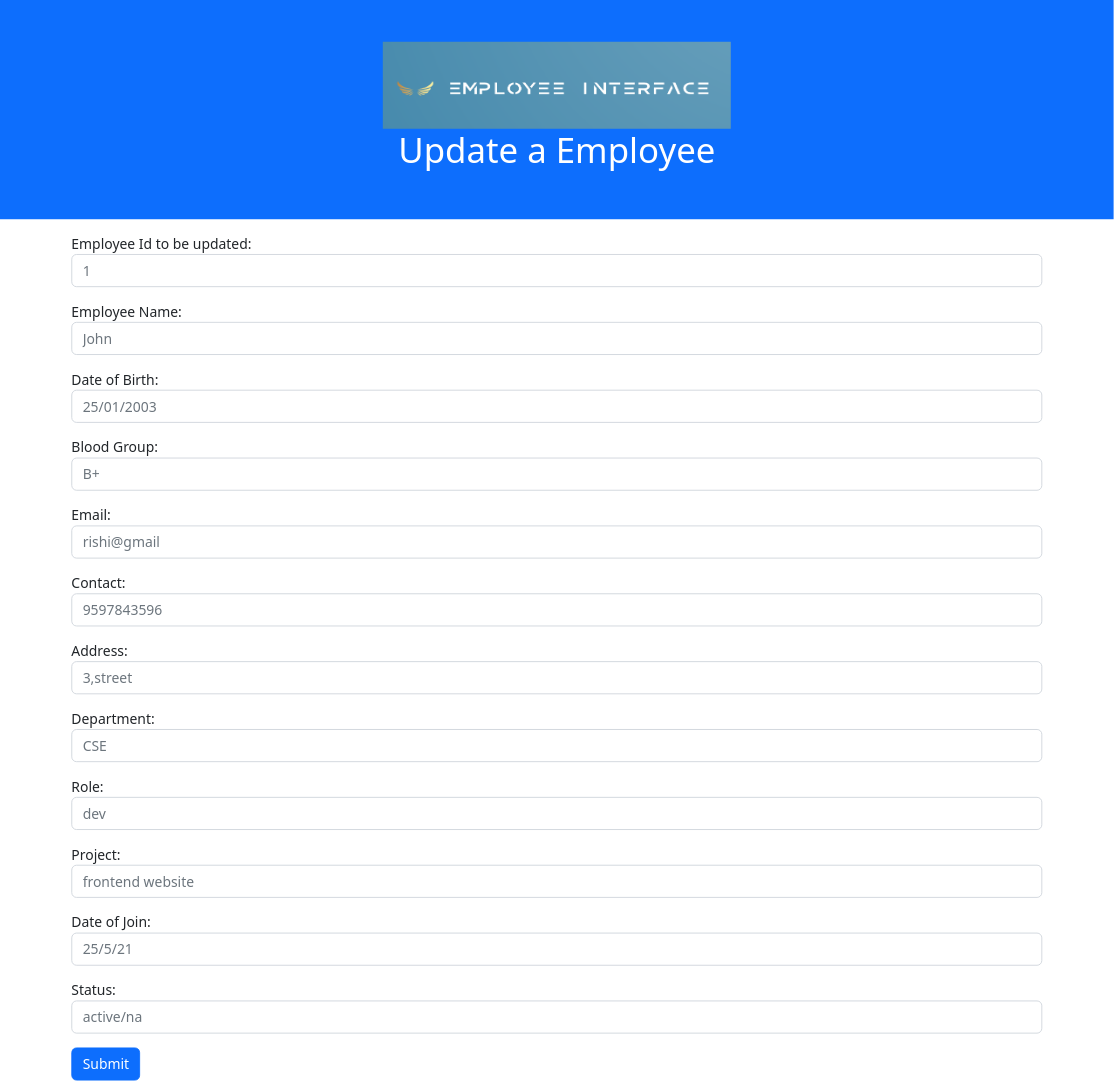
Repository: Rishicollinz/Java_Fullstack
Page: Eclipse 2/jspproject/src/main/webapp/update/update.html
An editor plug-in stored every save of this project. The page is shown before and after the next save, followed by the edit.
The browser window is 1280 px wide. The pictures show the whole page, at 87% of full size.

Above is the page before, as saved 2023-05-19 10:14:15.

### Eclipse 2/jspproject/src/main/webapp/update/update.html
<!DOCTYPE html>
<html>
<head>
<meta charset="UTF-8">
<title>Update Employees</title>

<link href="https://cdn.jsdelivr.net/npm/bootstrap@5.2.3/dist/css/bootstrap.min.css" rel="stylesheet">
<script src="https://cdn.jsdelivr.net/npm/bootstrap@5.2.3/dist/js/bootstrap.bundle.min.js"></script>

</head>
<body>

<div class="container-fluid p-5 bg-primary text-white text-center">
<a href="../index.html"><img src="../img\employeelogo.png" alt="Company logo" width="400" height="100"></a>
  <h1>Update a Employee</h1>
</div>

<div class="container mt-3">
  <form action="update.jsp" method="post">
	  <div class="mb-3 mt-3">
	      <label for="empId">Employee Id to be updated:</label>
	      <input type="number" class="form-control"  placeholder="1" name="empId" required>
	    </div>
    <div class="mb-3 mt-3">
      <label for="empName">Employee Name:</label>
      <input type="text" class="form-control"  placeholder="John" name="empName" required>
    </div>
    <div class="mb-3 mt-3">
      <label for="dob">Date of Birth:</label>
      <input type="text" class="form-control"  placeholder="25/01/2003" name="dob" required>
    </div>
    <div class="mb-3 mt-3">
      <label for="bloodgrp">Blood Group:</label>
      <input type="text" class="form-control"  placeholder="B+" name="bloodgrp" required>
    </div>
    <div class="mb-3 mt-3">
      <label for="email">Email:</label>
      <input type="text" class="form-control"  placeholder="rishi@gmail" name="email">
    </div>
    <div class="mb-3 mt-3">
      <label for="contact">Contact:</label>
      <input type="text" class="form-control"  placeholder="9597843596" name="contact">
    </div>
    <div class="mb-3 mt-3">
      <label for="address">Address:</label>
      <input type="text" class="form-control"  placeholder="3,street" name="address">
    </div>
    <div class="mb-3 mt-3">
      <label for="deptName">Department:</label>
      <input type="text" class="form-control"  placeholder="CSE" name="deptName">
    </div>
    <div class="mb-3 mt-3">
      <label for="role">Role:</label>
      <input type="text" class="form-control"  placeholder="dev" name="role">
    </div>
    <div class="mb-3 mt-3">
      <label for="proj">Project:</label>
      <input type="text" class="form-control"  placeholder="frontend website" name="proj">
    </div>
    <div class="mb-3 mt-3">
      <label for="doj">Date of Join:</label>
      <input type="text" class="form-control"  placeholder="25/5/21" name="doj">
    </div>
    <div class="mb-3 mt-3">
      <label for="status">Status:</label>
      <input type="text" class="form-control"  placeholder="active/na" name="status">
    </div>
    <button type="submit" class="btn btn-primary">Submit</button>
  </form>
</div>


</body>
</html>

After the next save:
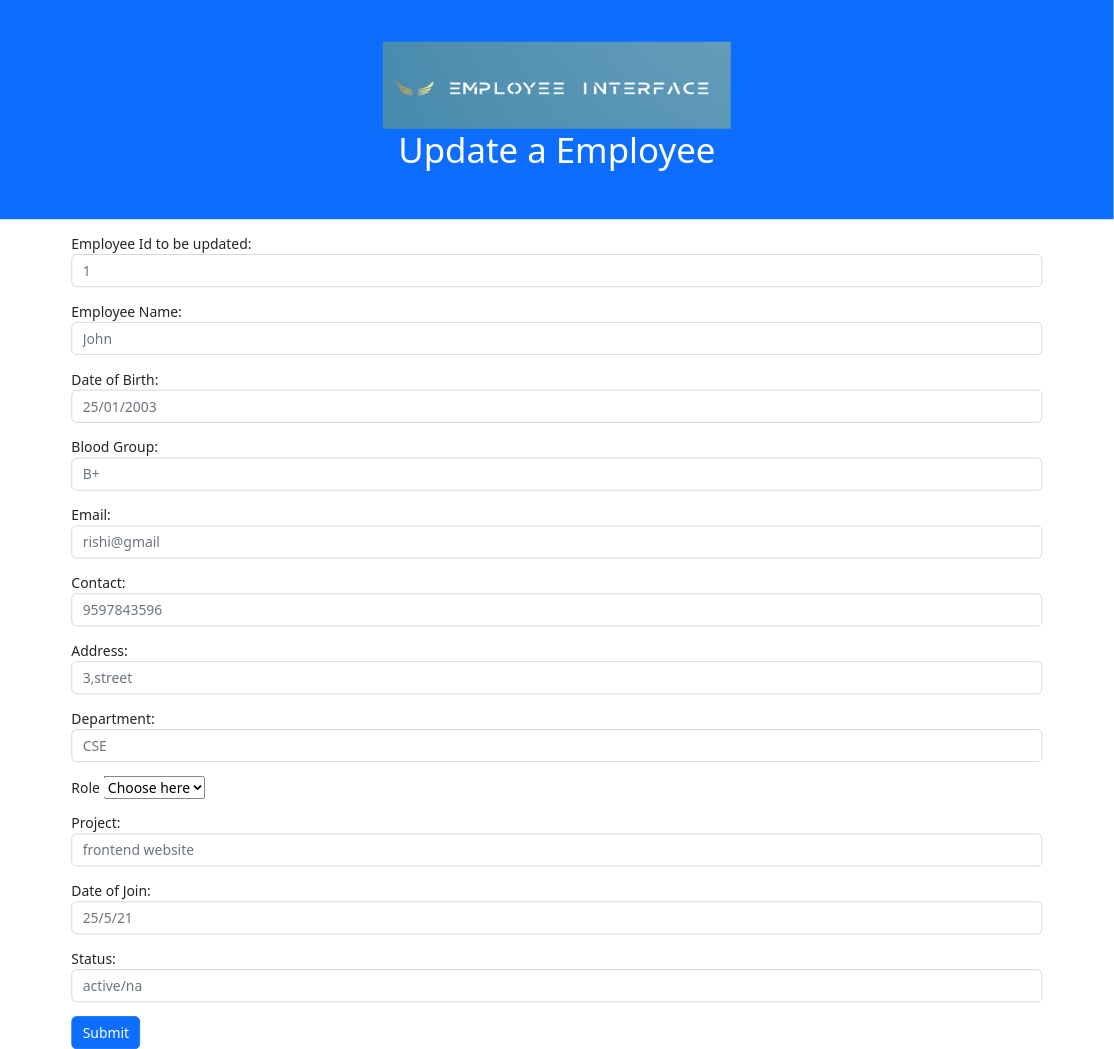
Saved 88 s later.
--- a/Eclipse 2/jspproject/src/main/webapp/update/update.html
+++ b/Eclipse 2/jspproject/src/main/webapp/update/update.html
@@ -50,9 +50,13 @@
       <input type="text" class="form-control"  placeholder="CSE" name="deptName">
     </div>
     <div class="mb-3 mt-3">
-      <label for="role">Role:</label>
-      <input type="text" class="form-control"  placeholder="dev" name="role">
-    </div>
+    	<label for="role">Role</label>
+  		<select name="role" id="role">
+  			 <option value="" selected disabled hidden>Choose here</option>
+		    <option value="admin">Admin</option>
+		    <option value="user">User</option>
+  		</select>
+  	</div>
     <div class="mb-3 mt-3">
       <label for="proj">Project:</label>
       <input type="text" class="form-control"  placeholder="frontend website" name="proj">
